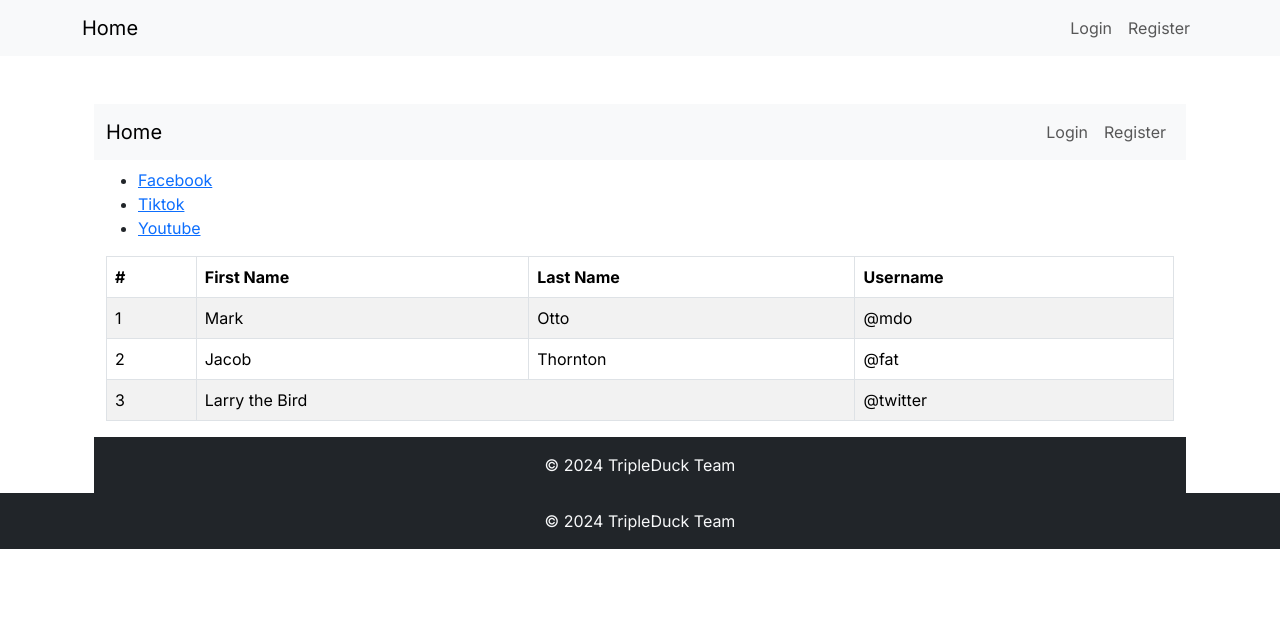
Repository: tdphong1293/KHDL01_DemoWebKafka
Page: /home (app in Frontend_Client/)
An editor plug-in stored every save of this project. The page is shown before and after the next save, followed by the edit.
The browser window is 1280 px wide. The pictures show the whole page.
The project was rebuilt for these pictures with package versions that can differ from the ones it lists, and the page was loaded fresh each time. The framework's server and built-in components were replaced by stand-ins that run in the browser. Also part of the build but not shown: Frontend_Client/next.config.mjs.

Above is the page before, as saved 2024-07-22 16:34:25.

After the next save:
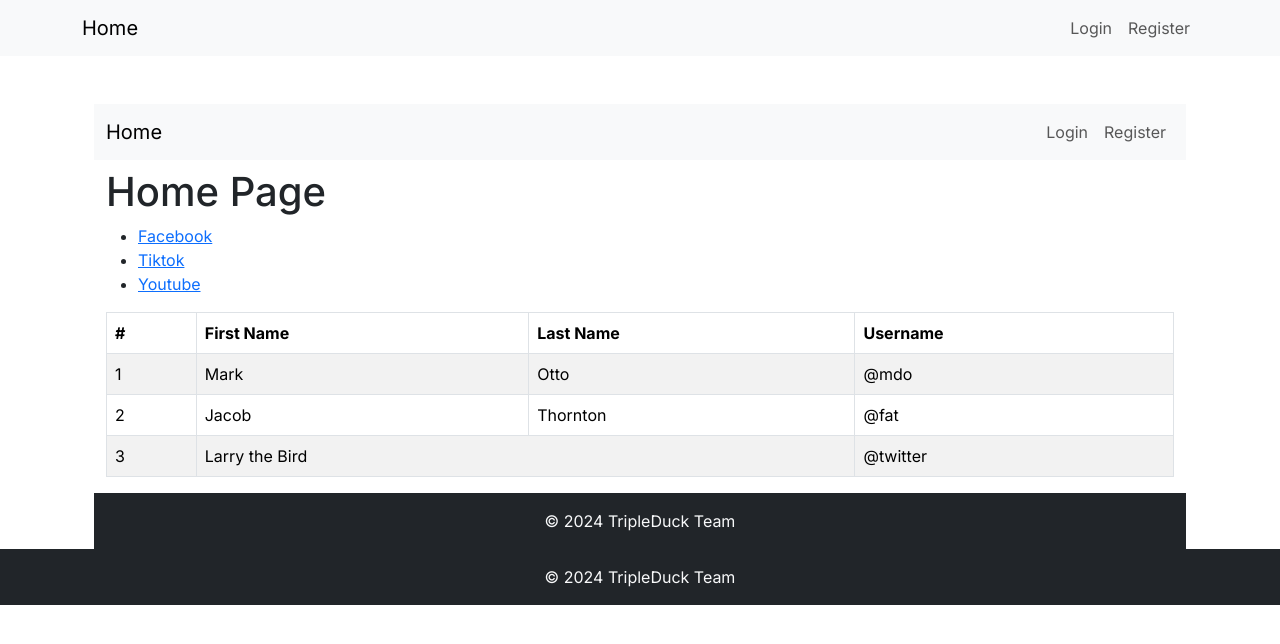
Saved 24 s later.
--- a/Frontend_Client/src/app/home/page.tsx
+++ b/Frontend_Client/src/app/home/page.tsx
@@ -5,6 +5,7 @@ import Table from "@/components/table";
 const Home = () => {
     return (
         <div>
+            <h1>Home Page</h1>
             <ul>
                 <li>
                     <Link href="/facebook">Facebook</Link>
